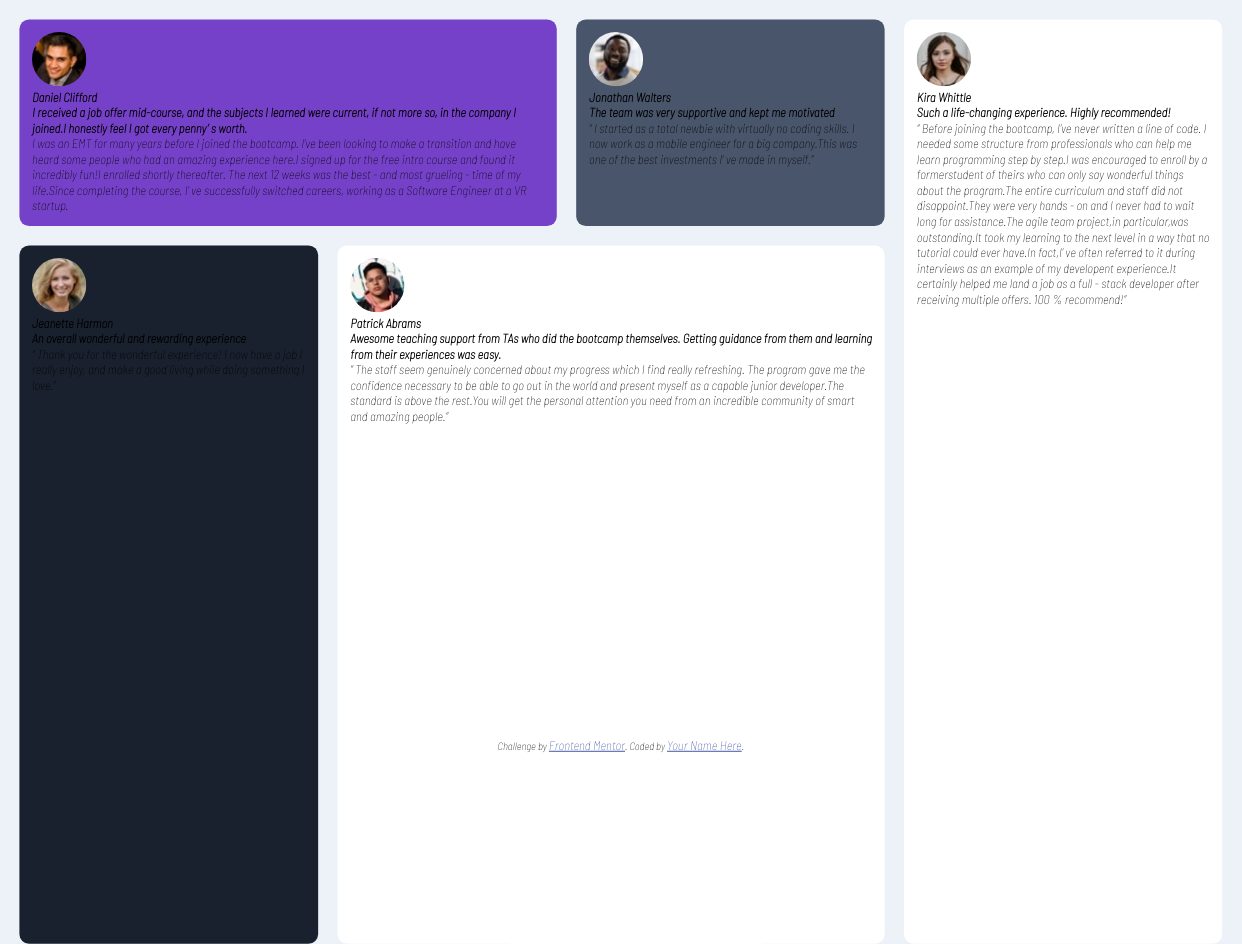
Repository: ibtihelbs/testimonials-grid-section-main
Page: index.html
These files come from the project's save history. The page is drawn as it stood at one moment and after a run of saves; the edit follows.
The browser window is 1280 px wide. The pictures show the whole page, at 97% of full size.

Above is the page before, as saved 2022-04-13 16:47:36.

After the next 9 saves:
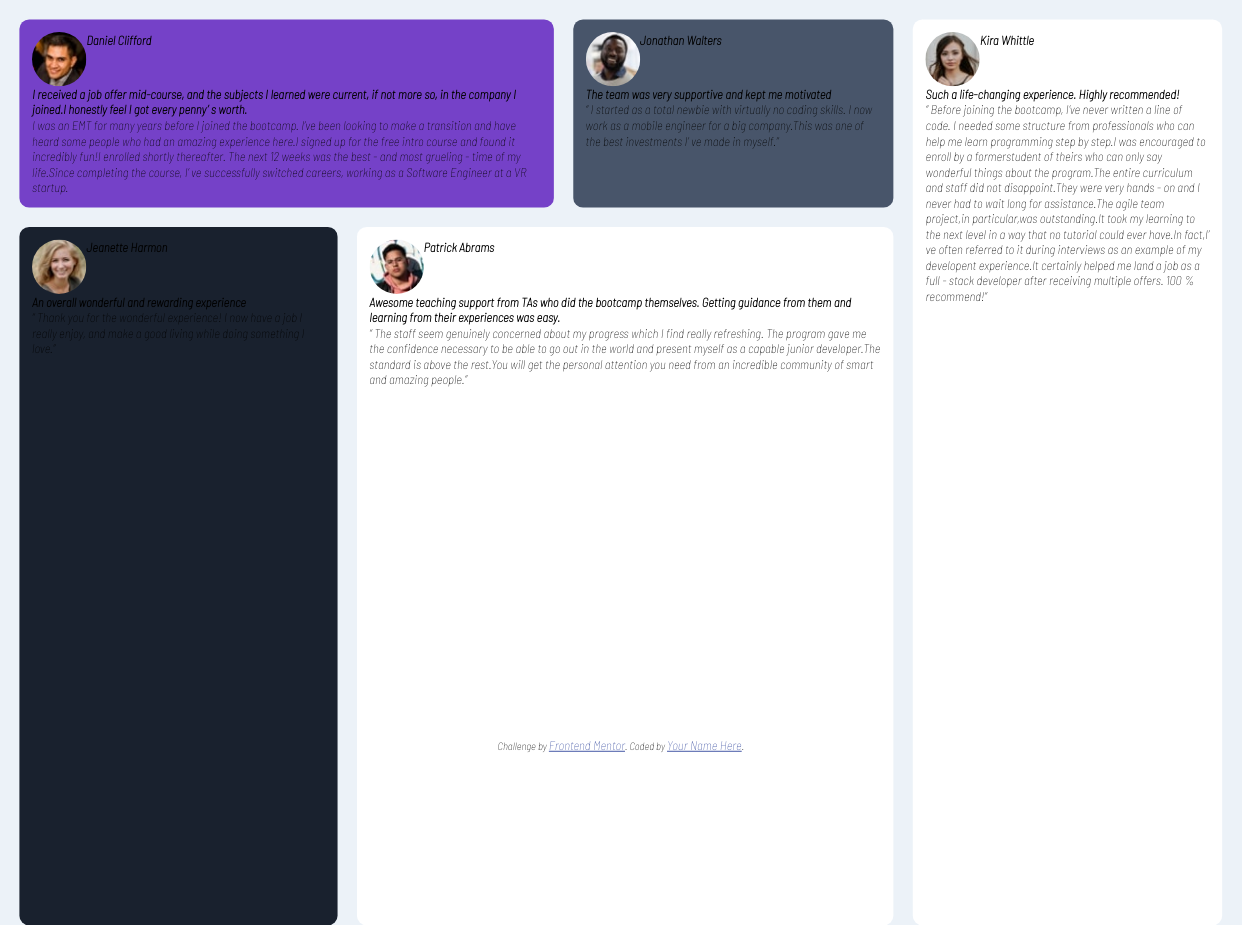
The 9 saves are shown as one change because they came seconds apart.
The last was saved 25 s later.
--- a/style.css
+++ b/style.css
@@ -77,3 +77,7 @@
 img{
   border-radius: 50%;
 }
+.figure{
+  display:flex;
+
+}
